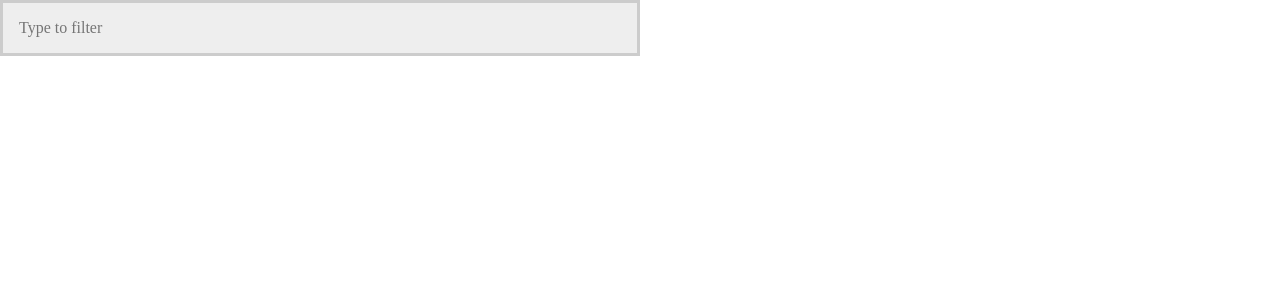
Repository: spihex/stage2-custom-dropdown
Page: index.html
These files come from the project's save history. The page is drawn as it stood at one moment and after the next save; the edit follows.
The browser window is 1280 px wide. The pictures show the whole page.

Above is the page before, as saved 2021-02-08 02:23:20.

### index.html
<!DOCTYPE html>
<html lang="ru">

    <head>
        <meta charset="UTF-8">
        <meta name="viewport" content="width=device-width, initial-scale=1.0">
        <title>stage 2 custom dropdown with filter</title>
        <link rel="stylesheet" href="./css/normalize.min.css">
        <link rel="stylesheet" href="./css/main.css">
    </head>

    <body>

        <div class="dropdown">
            <input class="dropdown__input" type="text" value="" placeholder="Type to filter">

            <ul class="dropdown__list">
                <li class="dropdown__item">Massachusetts</li>
                <li class="dropdown__item">Michigan</li>
                <li class="dropdown__item">New Hampshire</li>
                <li class="dropdown__item">New Jersey</li>
                <li class="dropdown__item">Wisconsin</li>
                <li class="dropdown__item">Wyoming</li>
            </ul>
        </div>

        <script src="./js/main.js"></script>
    </body>

</html>

### css/normalize.min.css
/*! normalize.css v8.0.1 */html{line-height:1.15;-webkit-text-size-adjust:100%}body{margin:0}main{display:block}h1{font-size:2em;margin:.67em 0}hr{box-sizing:content-box;height:0;overflow:visible}pre{font-family:monospace,monospace;font-size:1em}a{background-color:transparent}abbr[title]{border-bottom:none;text-decoration:underline;-webkit-text-decoration:underline dotted;text-decoration:underline dotted}b,strong{font-weight:bolder}code,kbd,samp{font-family:monospace,monospace;font-size:1em}small{font-size:80%}sub,sup{font-size:75%;line-height:0;position:relative;vertical-align:baseline}sub{bottom:-.25em}sup{top:-.5em}img{border-style:none}button,input,optgroup,select,textarea{font-family:inherit;font-size:100%;line-height:1.15;margin:0}button,input{overflow:visible}button,select{text-transform:none}[type=button],[type=reset],[type=submit],button{-webkit-appearance:button}[type=button]::-moz-focus-inner,[type=reset]::-moz-focus-inner,[type=submit]::-moz-focus-inner,button::-moz-focus-inner{border-style:none;padding:0}[type=button]:-moz-focusring,[type=reset]:-moz-focusring,[type=submit]:-moz-focusring,button:-moz-focusring{outline:1px dotted ButtonText}fieldset{padding:.35em .75em .625em}legend{box-sizing:border-box;color:inherit;display:table;max-width:100%;padding:0;white-space:normal}progress{vertical-align:baseline}textarea{overflow:auto}[type=checkbox],[type=radio]{box-sizing:border-box;padding:0}[type=number]::-webkit-inner-spin-button,[type=number]::-webkit-outer-spin-button{height:auto}[type=search]{-webkit-appearance:textfield;outline-offset:-2px}[type=search]::-webkit-search-decoration{-webkit-appearance:none}::-webkit-file-upload-button{-webkit-appearance:button;font:inherit}details{display:block}summary{display:list-item}template{display:none}[hidden]{display:none}*,*:after,*:before{box-sizing:border-box}img{max-width:100%}

### css/main.css
.dropdown {
    position: relative;
    width: 50%;
}

.dropdown__input, .dropdown__list {
    position: absolute;
    top: 0;
    left: 0;
    width: 100%;
}

.dropdown__input {
    padding: 1rem;
    background-color: #fafcfd;
    border: 3px solid #ccc;
    cursor: pointer;
}

.dropdown__input:hover {
    background-color: #eee;
}

.dropdown__list {
    list-style: none;
    margin: 4rem 0 0 0;
    padding: 0;
    overflow: hidden;
    max-height: 0;
}

.dropdown__list.open {
    max-height: 320px;
    overflow: auto;
}

.dropdown__item {
    position: relative;
    padding: 1rem;
    display: flex;
    align-items: center;
    background-color: #fafcfd;
    cursor: pointer;
    opacity: 1;
}

.dropdown__item:hover {
    background-color: #ddd;
}

.dropdown__item.closed {
    max-height: 0;
    overflow: hidden;
    padding: 0;
    opacity: 0;
}

### js/main.js
const dropdownInputField = document.querySelector('.dropdown__input');
const dropdownList = document.querySelector('.dropdown__list');
const dropdownListItems = document.querySelectorAll('.dropdown__item');

let dropdownListItemsValues = [];
dropdownListItems.forEach(item => {
    dropdownListItemsValues.push(item.textContent);
});


dropdownInputField.addEventListener('input', () => {
    dropdownList.classList.add('open');
    let inputValue = dropdownInputField.value.toLowerCase();
    if (inputValue.length > 0) {
        for (let j = 0; j < dropdownListItemsValues.length; j++) {
            if (!(inputValue.substring(0, inputValue.length) === dropdownListItemsValues[j].substring(0, inputValue.length).toLowerCase())) {
                dropdownListItems[j].classList.add('closed');
                console.log('при любом условии');
            } else {
                dropdownListItems[j].classList.remove('closed');
                console.log('это когда совпадение');
            }
        }
    } else {
        for (let i = 0; i < dropdownListItems.length; i++) {
            dropdownListItems[i].classList.remove('closed');
            console.log('это когда пусто');
        }
    }
});

dropdownListItems.forEach(item => {
    item.addEventListener('click', (evt) => {
        dropdownInputField.value = item.textContent;
        dropdownListItems.forEach(dropdownList => {
            dropdownList.classList.add('closed');
        });
    });
})

dropdownInputField.addEventListener('focus', () => {
    dropdownInputField.placeholder = 'Начни писать';
    dropdownList.classList.add('open');
    dropdownListItems.forEach(dropdownList => {
        dropdownList.classList.remove('closed');
    });
});

dropdownInputField.addEventListener('blur', () => {

    totalHiddenItems = document.querySelectorAll('.dropdown__item.closed');

    if (dropdownListItemsValues.length === totalHiddenItems.length) {
        dropdownInputField.value = '';
    }

    dropdownInputField.placeholder = 'Выбери что-нибудь';
    dropdownList.classList.remove('open');


});

document.addEventListener('click', (evt) => {
    const isDropdown = dropdownList.contains(evt.target);
    // console.log(isDropdown);
    const isInput = dropdownInputField.contains(evt.target);
    if (!isDropdown && !isInput) {
        dropdownList.classList.remove('open');
    }
});

After the next save:
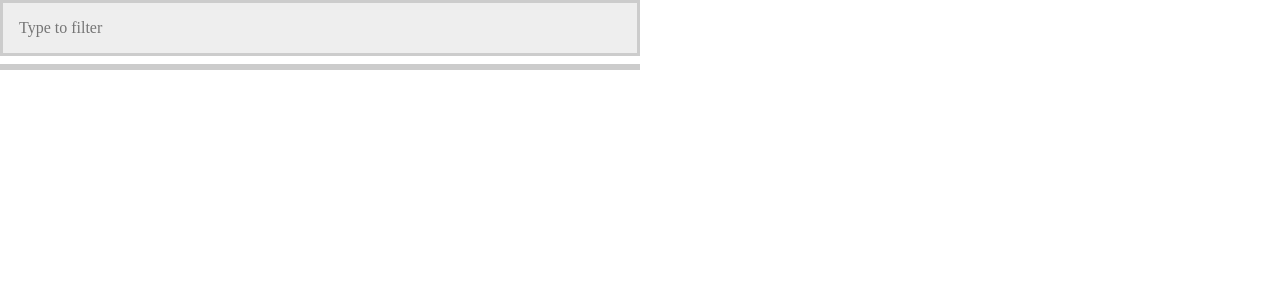
Saved 110 s later.
--- a/css/main.css
+++ b/css/main.css
@@ -25,6 +25,7 @@
     list-style: none;
     margin: 4rem 0 0 0;
     padding: 0;
+    border: 3px solid #ccc;
     overflow: hidden;
     max-height: 0;
 }
